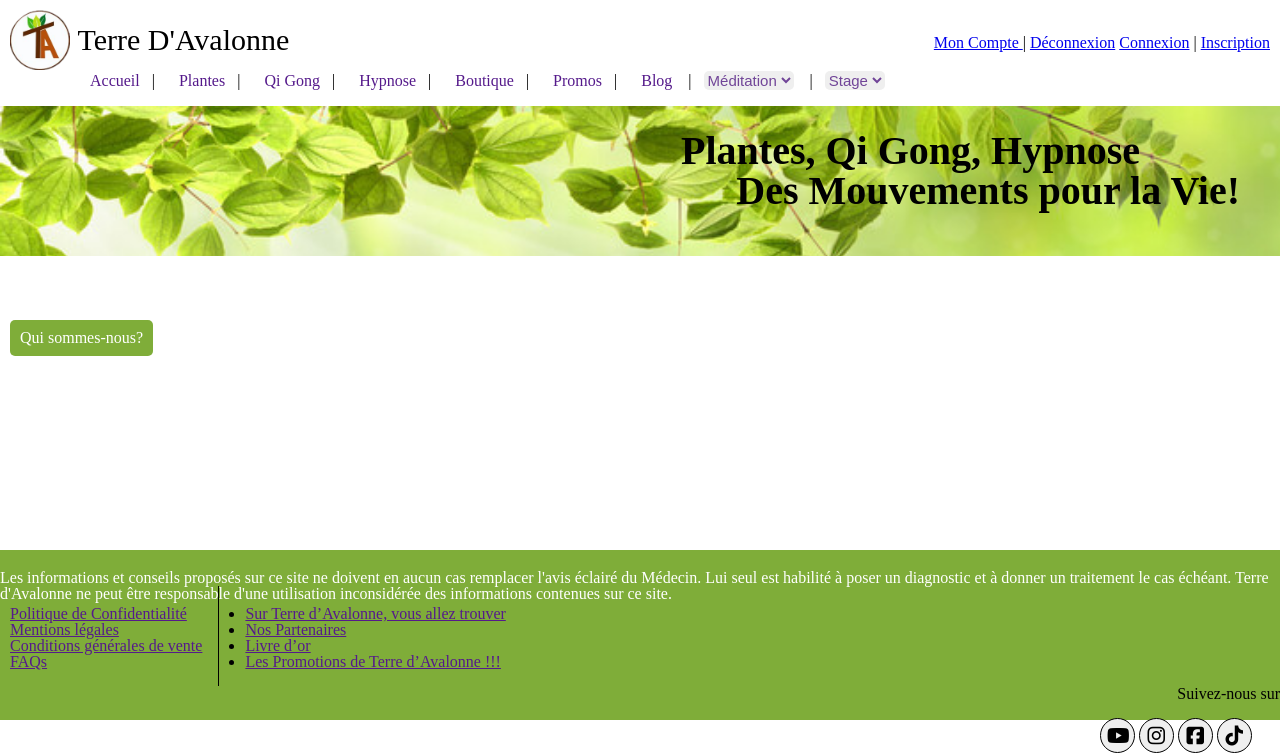
Repository: Michelhof1978/TerreDavalonne
Page: templates/base.html
The author's editor kept a copy of each file at every save. The page is drawn from the files as they stood at one save, then again after a run of saves.
The browser window is 1280 px wide. The pictures show the whole page.
Some web fonts or font styles are not loaded; a fallback is used. Some web libraries are served in a nearby version.

Above is the page before, as saved 2022-05-04 16:06:28.

After the next 2 saves:
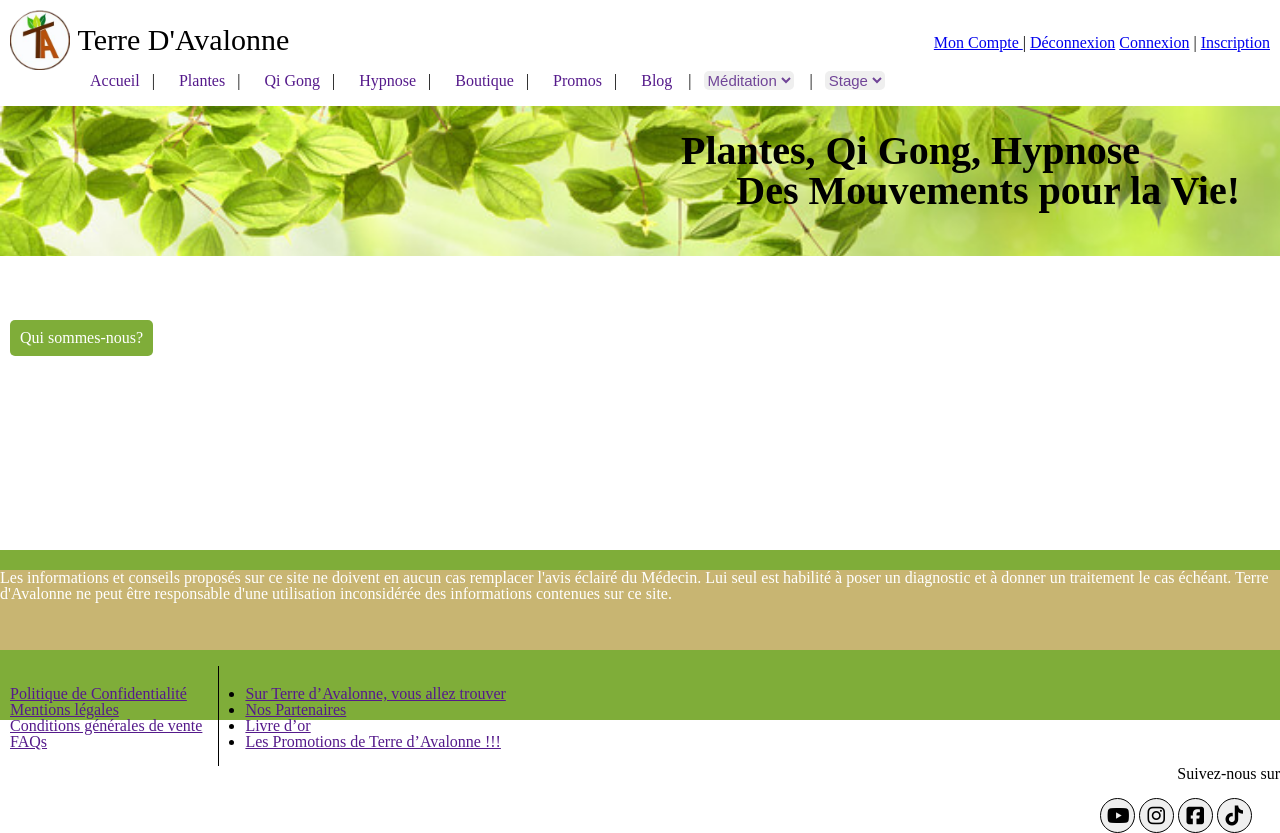
The 2 saves are shown as one change because they came seconds apart.
The last was saved 7 s later.
--- a/templates/base.html
+++ b/templates/base.html
@@ -278,7 +278,7 @@
   }
 
   .warning{
-    height: 0em;
+    height: 5em;
     background-color: #C8B572 ;
     color: white;
   }
